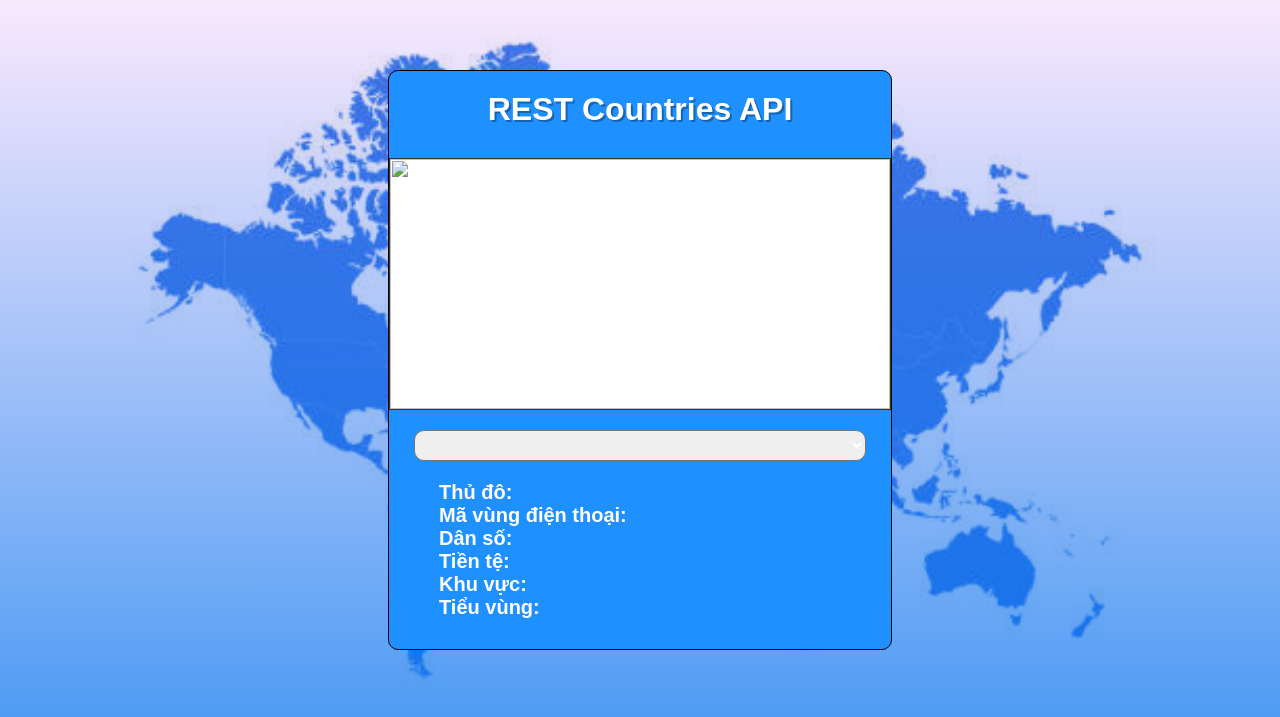
Repository: KhoaTran204/Rest-countries-api-app
Page: index.html
These files come from the project's save history. The page is drawn as it stood at one moment and after the next save; the edit follows.
The browser window is 1280 px wide. The pictures show the whole page.
The page's requests for data from a server got no answer.

Above is the page before, as saved 2024-04-14 09:08:56.

### index.html
<!DOCTYPE html>
<html lang="en">
  <head>
    <meta charset="UTF-8" />
    <meta name="viewport" content="width=device-width, initial-scale=1.0" />
    <link rel="stylesheet" href="style.css" />
    <title>Rest Countries API</title>
  </head>
  <body>
    <div class="container">
      <h1>REST Countries API</h1>
      <div id="main-container">
        <div id="flag-container">
          <img src="" alt="" />
        </div>
        <div id="info-container">
          <select id="countries"></select>
          <div class="info">
            <p>Thủ đô: <span id="capital"></span></p>
            <p>Mã vùng điện thoại: <span id="dialing-code"></span></p>
            <p>Dân số: <span id="population"></span></p>
            <p>Tiền tệ: <span id="currencies"></span></p>
            <p>Khu vực: <span id="region"></span></p>
            <p>Tiểu vùng: <span id="subregion"></span></p>
          </div>
        </div>
      </div>
    </div>
    <script src="app.js"></script>
  </body>
</html>

### style.css
* {
  margin: 0;
  padding: 0;
  box-sizing: border-box;
}

body {
  font-family: sans-serif;
  height: 100vh;
  display: flex;
  justify-content: center;
  align-items: center;
  /* background-image: url(anh/bando.jpg);
  background-repeat: no-repeat;
  background-position: center;
  background-size: cover; */
  background: linear-gradient(
      to top,
      rgba(4, 113, 239, 0.7),
      rgba(191, 35, 235, 0.1)
    ),
    url(anh/bando.jpg) no-repeat center/cover;
}

#flag-container {
  height: 252px;
  background-color: #fff;
  border: 1px solid #333;
}

#flag-container img {
  display: block;
  width: 100%;
  height: 100%;
}

.container {
  background-color: #1e90ff;
  border-radius: 10px;
  border: 1px solid black;
}
.container h1 {
  text-align: center;
  text-shadow: 2px 2px rgba(0, 0, 0, 0.3);
  color: #fff;
  margin: 20px;
}
#main-container {
  width: 502px;
  margin: 30px auto;
  padding: 0;
}
#flag-container {
  height: 252px;
  background-color: #fff;
  border: 1px solid #333;
}
#flag-container img {
  display: block;
  width: 100%;
  height: 100%;
}
#info-container select {
  display: block;
  text-shadow: 2px 2px rgba(0, 0, 0, 0.3);
  border-radius: 10px;
  margin: 20px auto;
  padding: 5px;
  min-width: 90%;
  color: #fff;
  font-size: 15px;
  font-weight: 900;
  text-align-last: center;
  background: rgba(0, 0, 0, 0, 7);
}
#flag-container select:focus {
  background-color: #fff;
}
.info {
  margin-left: 50px;
  color: #fff;
  font-size: 20px;
  font-weight: bold;
}

### app.js
const countrieslist = document.getElementById("countries");
let countries;

countrieslist.addEventListener("change", (event) =>
  displayCountryInfo(event.target.value)
);

// fetch("https://restcountries.com/v2/all")
//   .then(function (res) {
//     console.log(res);
//     return res.json();
//   })
//   .then(function (data) {
//     console.log(data);
//     initialize(data);
//   })
//   .catch(function (err) {
//     console.log("Lỗi: ", err);
//   });
fetch("https://restcountries.com/v2/all").then((res) => {
  res
    .json()
    .then((data) => initialize(data))
    .catch((err) => console.log("Lỗi: ", err));
});
function initialize(countriesData) {
  countries = countriesData;
  let options = "";
  //   for (let i = 0; i < countries.length; i++) {
  //     options += `<option value="${countries[i].alpha3Code}">${countries[i].name}</option>`;
  //   }
  countries.forEach(
    (country) =>
      (options += `<option value="${country.alpha3Code}">${country.name}</option>`)
  );
  //   document.getElementById("countries").innerHTML = options;
  //   document.querySelector("countries").innerHTML = options;
  countrieslist.innerHTML = options;
  countrieslist.selectedIndex = Math.floor(
    Math.random() * countrieslist.length
  );
  displayCountryInfo(countrieslist[countrieslist.selectedIndex].value);
}

function displayCountryInfo(countryByAlpha3Code) {
  const countryData = countries.find(
    (country) => country.alpha3Code === countryByAlpha3Code
  );
  console.log(countryData);
  document.querySelector("#flag-container img").src = countryData.flag;
  document.querySelector(
    "#flag-container img"
  ).alt = `Flag of ${countryData.name}`;
  document.getElementById("capital").innerHTML = countryData.capital;
  document.getElementById(
    "dialing-code"
  ).innerHTML = `+ ${countryData.callingCodes[0]}`;
  document.getElementById("population").innerHTML =
    countryData.population.toLocaleString("en-US");
  document.getElementById("currencies").innerHTML = countryData.currencies
    .filter((c) => c.name)
    .map((c) => `${c.name} (${c.code})`)
    .join(", ");
  document.getElementById("region").innerHTML = countryData.region;
  document.getElementById("subregion").innerHTML = countryData.subregion;
}

After the next save:
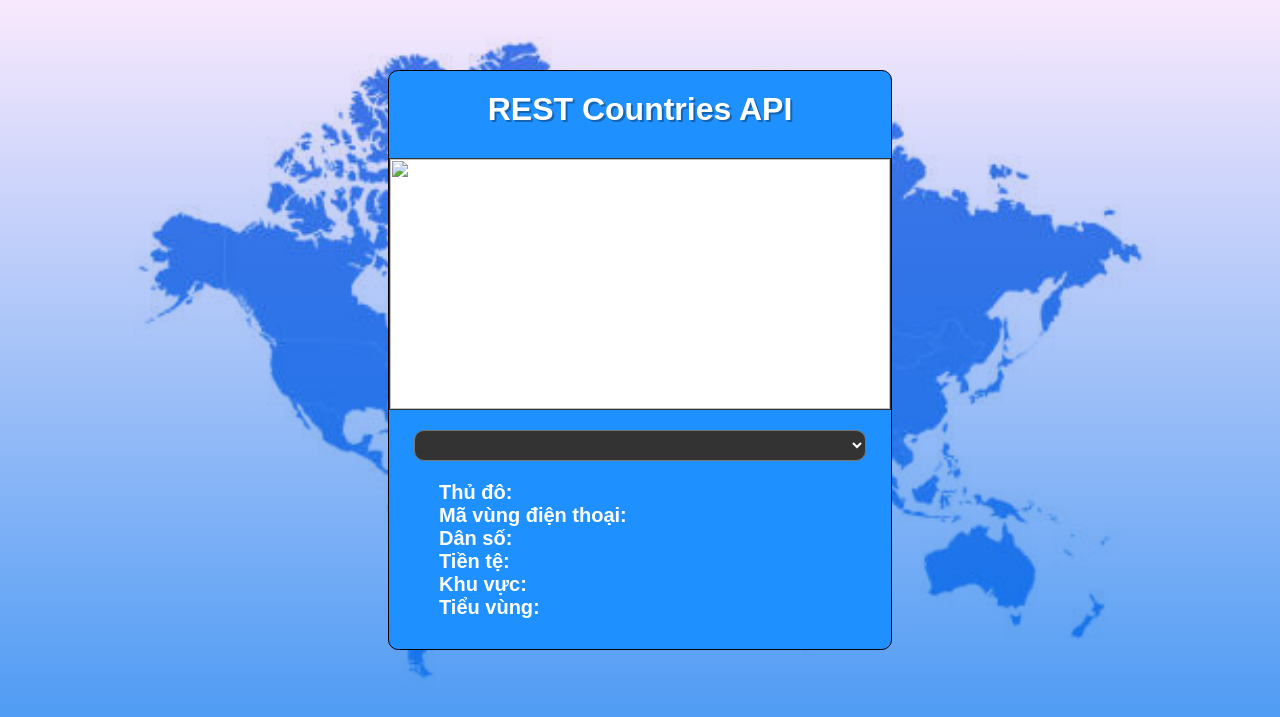
Saved 23 s later.
--- a/style.css
+++ b/style.css
@@ -71,7 +71,7 @@ body {
   font-size: 15px;
   font-weight: 900;
   text-align-last: center;
-  background: rgba(0, 0, 0, 0, 7);
+  background-color: #333;
 }
 #flag-container select:focus {
   background-color: #fff;
